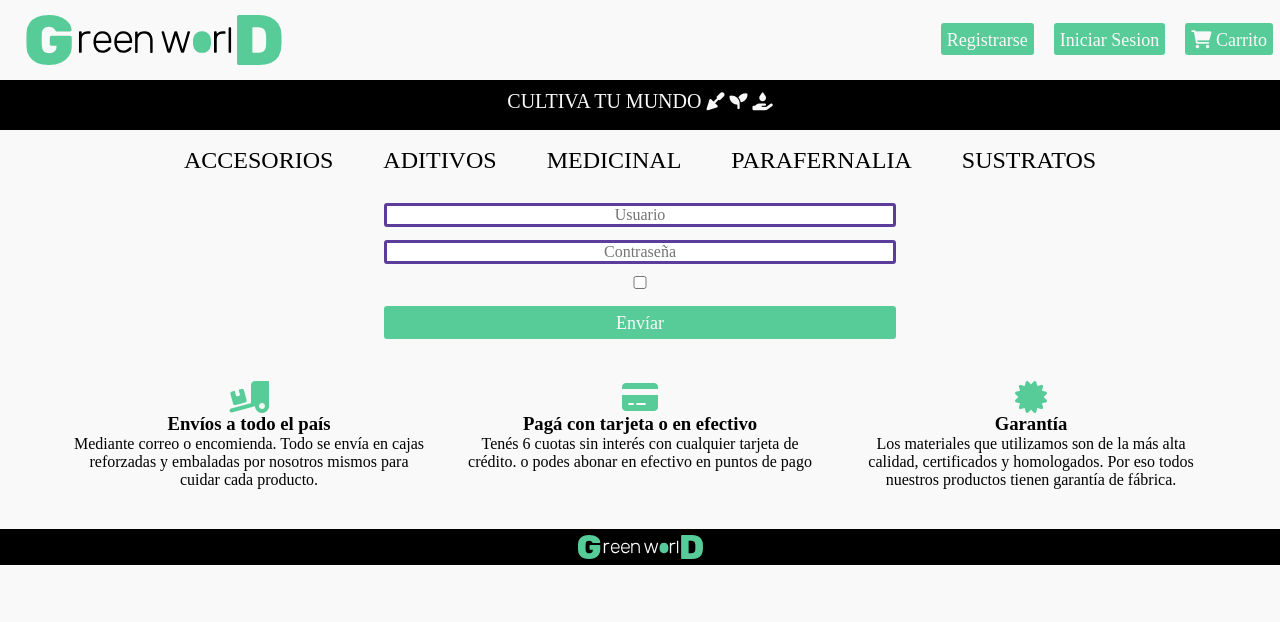
Repository: francoG98/grupo_9_Green_World
Page: source/views/login.html
An editor plug-in stored every save of this project. The page is shown before and after the next save, followed by the edit.
The browser window is 1280 px wide. The pictures show the whole page.
Some web fonts or font styles are not loaded; a fallback is used. Some web libraries are served in a nearby version.

Above is the page before, as saved 2022-06-24 23:01:32.

### source/views/login.html
<!DOCTYPE html>
<html lang="en">
<head>
    <meta charset="UTF-8">
    <meta http-equiv="X-UA-Compatible" content="IE=edge">
    <meta name="viewport" content="width=device-width, initial-scale=1.0">
    <title>Green World</title>

    <link rel="preconnect" href="https://fonts.googleapis.com">
<link rel="preconnect" href="https://fonts.gstatic.com" crossorigin>
<link href="https://fonts.googleapis.com/css2?family=Abel&family=Anek+Gujarati:wght@100;200;300;400;500;600;700;800&display=swap" rel="stylesheet">
<link rel="stylesheet" href="https://cdnjs.cloudflare.com/ajax/libs/font-awesome/6.1.1/css/all.min.css" integrity="sha512-KfkfwYDsLkIlwQp6LFnl8zNdLGxu9YAA1QvwINks4PhcElQSvqcyVLLD9aMhXd13uQjoXtEKNosOWaZqXgel0g==" crossorigin="anonymous" referrerpolicy="no-referrer" />
<link rel="stylesheet" href="/css/main-login.css">
<link rel="stylesheet" href="/css/header.css">
<link rel="stylesheet" href="/css/footer.css">

</head>
<body>
    <header>
        <div class="header-top-bar">
            <figure>
                <a href="/"><img src="/assets/logo-edu.svg" alt="Logo Green World" class="header-logo"></a>
            </figure>
            <div class="chart-burger">
                <a href="/chart" >
                    <i class="fa-solid fa-basket-shopping"></i>
                </a>
                <a href="" >
                    <i class="fas fa-bars"></i>
                </a>
            </div>
            <nav class="header-top-nav-bar">
                <ul>
                    <li><a href="/register">Registrarse</a> </li>
                    <li><a href="/login">Iniciar Sesion</a></li>
                    <li><a href="/chart"><i class="fa-solid fa-cart-shopping"></i>  Carrito</a></li>
                </ul>
            </nav>
        </div>
        <h2>CULTIVA TU MUNDO   <i id="pala" class="fa-solid fa-trowel"></i>    <i id="planta" class="fa-solid fa-seedling"></i>    <i id="agua" class="fa-solid fa-hand-holding-droplet"></i></h2>



        <nav class="header-bottom-nav-bar">
            <ul>
                <li ><a href="/accesorios">ACCESORIOS</a></li>
                <li ><a href="/aditivos">ADITIVOS</a></li>
                <li ><a href="/medicinal">MEDICINAL</a></li>
                <li ><a href="/parafernalia">PARAFERNALIA</a></li>
                <li ><a href="/sustratos">SUSTRATOS</a></li>
            </ul>
        </nav>
    </header>
    <main>
           <form method="post" action="">
            <p>
                <input type="text" name="usuario" placeholder="Usuario" required>
            </p>
            <p>
                <input type='password' name='password' placeholder='Contraseña' required>
            </p>
            <p>
                <input type='checkbox' name='mantener-sesion'>
            </p>
            <a href="./home.html"><button type="submit" name="registrar"> Envíar </button></a>
           </form>
    </main>
    <footer>
        <div class="footer-top-bar">
            <section>
                <i class="fa-solid fa-truck-ramp-box"></i>
                <h3>Envíos a todo el país</h3>
                <p>Mediante correo o encomienda. Todo se envía en cajas reforzadas y embaladas por nosotros mismos para cuidar cada producto.</p>
            </section>
            <section>
                <i class="fa-solid fa-credit-card"></i>
                <h3>Pagá con tarjeta o en efectivo</h3>
                <p>Tenés 6 cuotas sin interés con cualquier tarjeta de crédito. o podes abonar en efectivo en
                    puntos de pago</p>
            </section>
            <section>
                <i class="fa-solid fa-certificate"></i>
                <h3>Garantía</h3>
                <p>Los materiales que utilizamos son de la más alta calidad, certificados y homologados. Por eso todos nuestros productos tienen garantía de fábrica.</p>
            </section>
        </div>
        <div class="footer-bottom-bar">
            <a href="/"><img src="/assets/logo-blanco-57cc99.svg" alt="Logo Green World" class="header-logo"></a>


        </div>
    </footer>

</body>
</html>

### public/css/main-login.css
*{
    margin: 0px;
    padding: 0px;
    box-sizing: border-box;
    font-family: "Anek Gujarati";
    }
a button{
    text-decoration: none;
    font-size: 18px;
    color:#f9f9f9;
    background-color:#57CC99;
    Width: 40%;
    padding:7px 6px 5px 6px;
    border: none;
    transition: opacity 200ms;
    justify-content: center;
    text-align: center;
    margin-left: 30%;
    margin-top: 1%;
    margin-bottom: 1%;
    border-radius: 3px;
}
input{
    margin-left: 30%;
    margin-top: 1%;
    border: 3px solid #5c3d99;
    width: 40%;
    text-align: center;
    font-size: 16px;
    border-radius: 3px;
}

### public/css/header.css
*{
    margin: 0px;
    padding: 0px;
    box-sizing: border-box;
    font-family: "Anek Gujarati";
    }
header{
    height:72px
}
.header-top-bar{
    display: flex;
    flex-wrap: wrap;
    /*
    background-color: #af95e2;*/
    background-color: #f9f9f9;
    align-items: center;
    justify-content: space-between;
    height: 40px;
    width:100vw;

}
.header-top-bar figure{
    width: 220px;
    height: 32px;;
    margin: 4px;

}
.header-logo{
    width: 100%;
    height:32px;


}
header h2{
    width: 100%;
    text-align: center;
    font-weight: normal;;
    background-color:black;
    color: #f9f9f9;;
    font-size: 18px;
    height:32px;;
    padding-top:6px


}

nav.header-top-nav-bar{
    width: 100%;
    order:3;
}

div.chart-burger{
    display: flex;
    justify-content: flex-end;
    align-items: center;
    gap: 5px;
    margin: 4px 10px;

}
div.chart-burger a{
    text-align:center;
    color:#f9f9f9;;
    /*
    background-color: #3e0b5e;*/
    background-color: #57CC99;
    box-sizing: border-box;
    height:32px;
    font-size: 18px;
    width: 32px;
    padding-top:4.4px;
    border-radius: 3px

}


nav.header-top-nav-bar ul{
    list-style: none;
    margin: 0 ;
    padding: 0;
    display: none;
    justify-content: space-between;
    flex-wrap: wrap;
}
nav.header-top-nav-bar ul li{
    width: 50%
}


.header-bottom-nav-bar ul{
    list-style: none;
    margin: 0 ;
    padding: 0;
    display: none

}

@media(min-width:768px){
    .header-top-nav-bar{
        display: none;
        order: 2;
        width: 100vw
    }

}
@media(min-width:1024px){
    body{background-color: #f9f9f9;

    }
    header{
        background-color: #f9f9f9;
        height: auto

    }
    .header-top-bar{
        display: flex;
        flex-wrap: wrap;
        background-color: #f9f9f9;
        align-items: center;
        justify-content: space-between;
        height: 80px;
        width:100vw;
        max-width: 1400px;
        margin:auto
    }
    .header-top-bar figure{
        width: 300px;
        height: 50px

    }
    .header-logo{
        height:100%;
    }

    nav.header-top-nav-bar{
        height:40px;
        align-items: center;
        display:flex;
        justify-content: flex-end;
        width:auto
    }

    div.chart-burger{
        display: none;
        order:5;
        width: 100%
    }
    nav.header-top-nav-bar ul{
        list-style: none;
        padding: 0;
        display: flex;
        justify-content: flex-end;
        align-items: center;
        flex-wrap: wrap;
        gap: 20px;
        text-decoration: none;
        margin:7px;
        order:3
    }
    nav.header-top-nav-bar ul li {
        width: auto;
    }
    nav.header-top-nav-bar ul li a{
        text-decoration: none;
        font-size: 18px;
        color:#f9f9f9;
        background-color:#57CC99;
        padding:7px 6px 5px 6px;
        border-radius:3px;
        transition: opacity 200ms
    }

    nav.header-top-nav-bar ul li a:hover{
        opacity: 0.7
    }
    header h2{
        width: 100%;
        height: 50px;
        padding-top: 10px;
        font-weight: normal;
        background-color:black;
        color: #f9f9f9;
        font-size: 20px;

    }
    #pala{
        transition: color 500ms, font-size 500ms
    }
    #pala:hover{
        color:#f65a5a;
        font-size: 40px
    }
    #planta{
        transition: color 500ms, font-size 500ms
    }
    #planta:hover{
        color:#80ed99;
        font-size: 40px
    }
    #agua{
        transition: color 500ms, font-size 500ms
    }
    #agua:hover{
        color:#90c0e0;
        font-size: 40px
    }


    .header-bottom-nav-bar ul{

        display: flex;
        justify-content: center;
        align-items: center;
        gap: 50px;
        height: 60px
    }
    .header-bottom-nav-bar ul a{
        text-decoration: none;
        font-size: 24px;
        color: black;

        transition: font-size 200ms
    }
    .header-bottom-nav-bar ul a:hover{
        font-size:30px;
        font-weight: 500;
        color: #57CC99
    }
}

### public/css/footer.css
footer{
    background-color:#f9f9f9

}
.footer-top-bar{
    display:flex;
    flex-wrap:wrap
}
.footer-top-bar section{
    width:100%;
    text-align: center;
    padding:10px
}

.footer-top-bar section i{
    color:#57CC99;
    font-size: 2em;
    line-height:10px;
    margin: auto;
    }
.footer-top-bar section h3{
font-weight:700
}
.footer-top-bar section p{
    font-family:"Abel"
}
.footer-bottom-bar{
    background-color:black;

}
.footer-bottom-bar a{
    display: flex;
    justify-content: center;
    align-content: center;
    padding:6px
}
.footer-bottom-bar a img{
    max-width:125px
}

@media(min-width:768px){
    .footer-top-bar{
        display:flex;
        justify-content: center;
        gap: 10px;
        padding: 30px 5px
    }
    .footer-top-bar section{
        width: 30%
    }


}

After the next save:
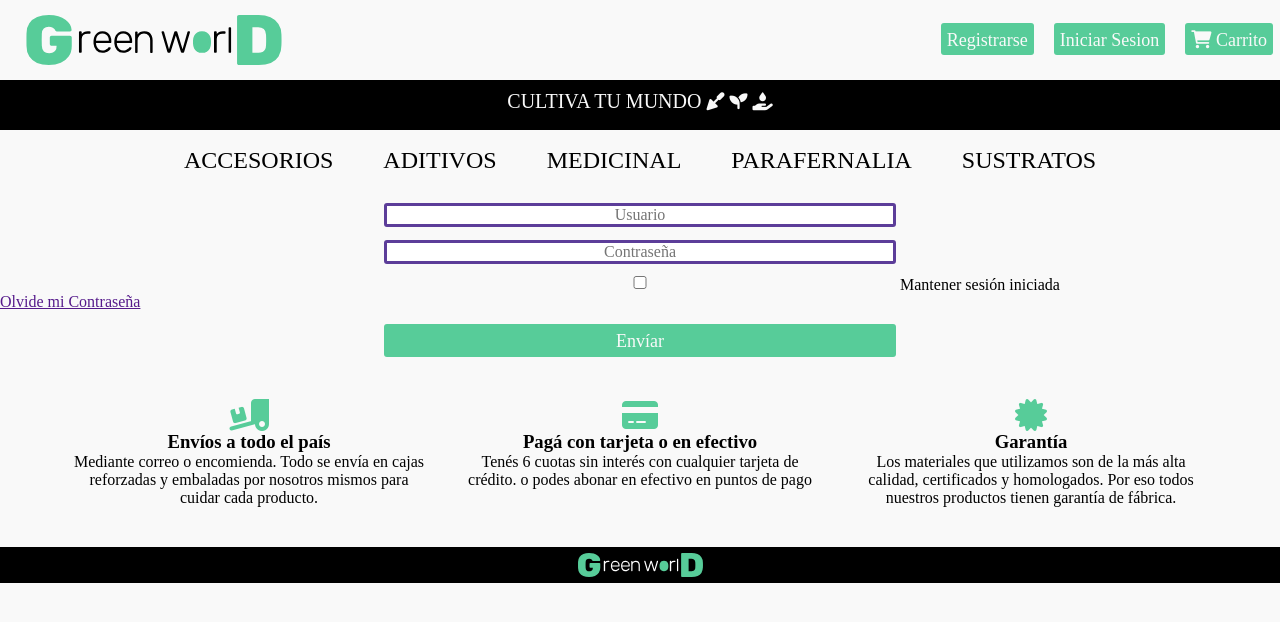
Saved 81 s later.
--- a/source/views/login.html
+++ b/source/views/login.html
@@ -60,8 +60,9 @@
                 <input type='password' name='password' placeholder='Contraseña' required>
             </p>
             <p>
-                <input type='checkbox' name='mantener-sesion'>
+                <input type='checkbox' name='mantener-sesion'> Mantener sesión iniciada </input>
             </p>
+            <p><a href="">Olvide mi Contraseña</a></p>
             <a href="./home.html"><button type="submit" name="registrar"> Envíar </button></a>
            </form>
     </main>
